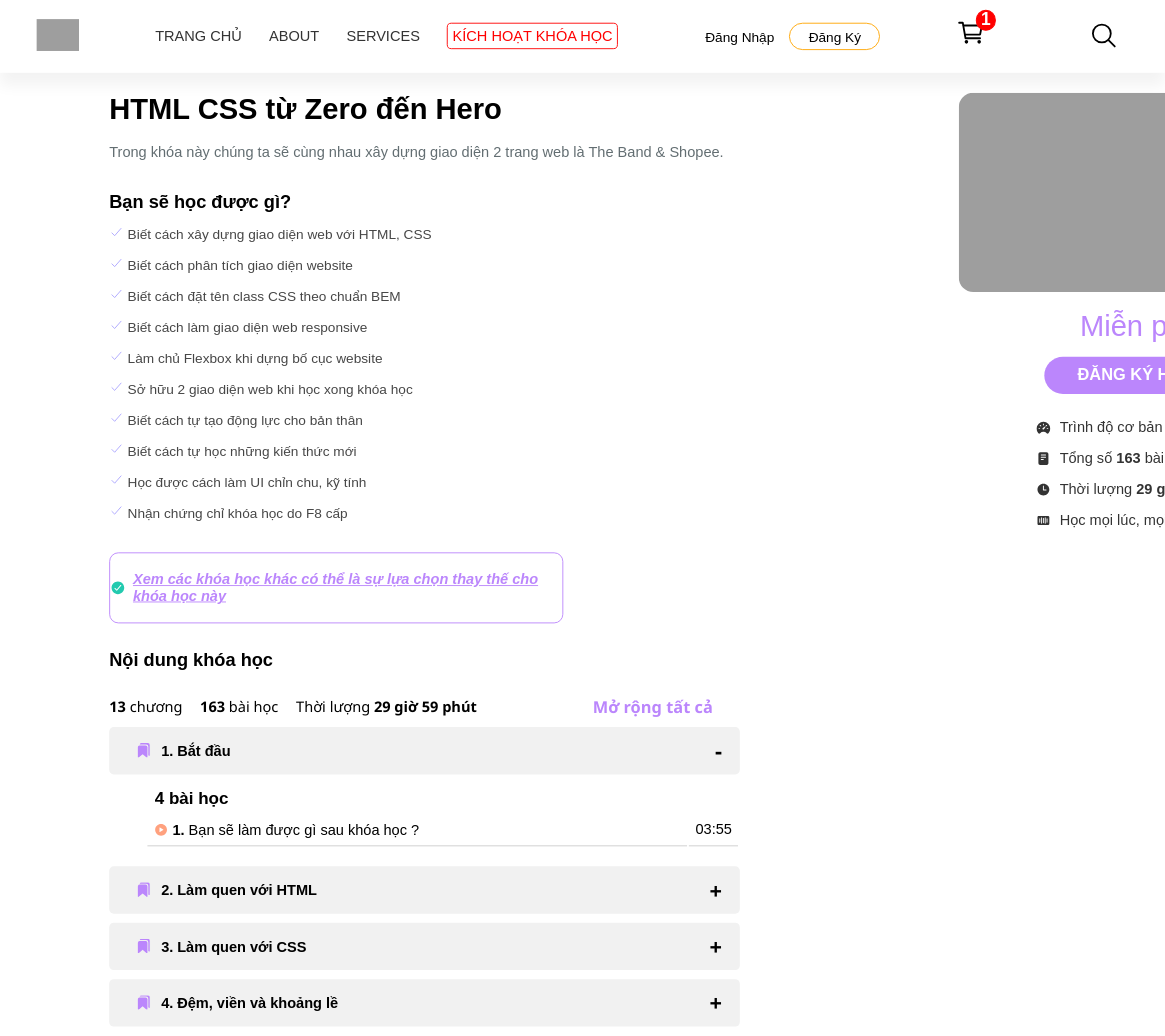
Repository: hoanghuuphuc/hoanghuuphuc
Page: details.html
The author's editor kept a copy of each file at every save. The page is drawn from the files as they stood at one save, then again after the next save.
The browser window is 1280 px wide. The pictures show the whole page, at 91% of full size.
Empty fields were first filled with sample values (such as "Sample", 5 or name@example.com).
After loading, the first visible `div.contentBx` was clicked once.
Pictures or frames that could not be fetched are drawn as grey boxes.

Above is the page before, as saved 2022-12-12 00:44:22.
Console error: TypeError: Cannot read properties of null (reading 'style')

After the next save:
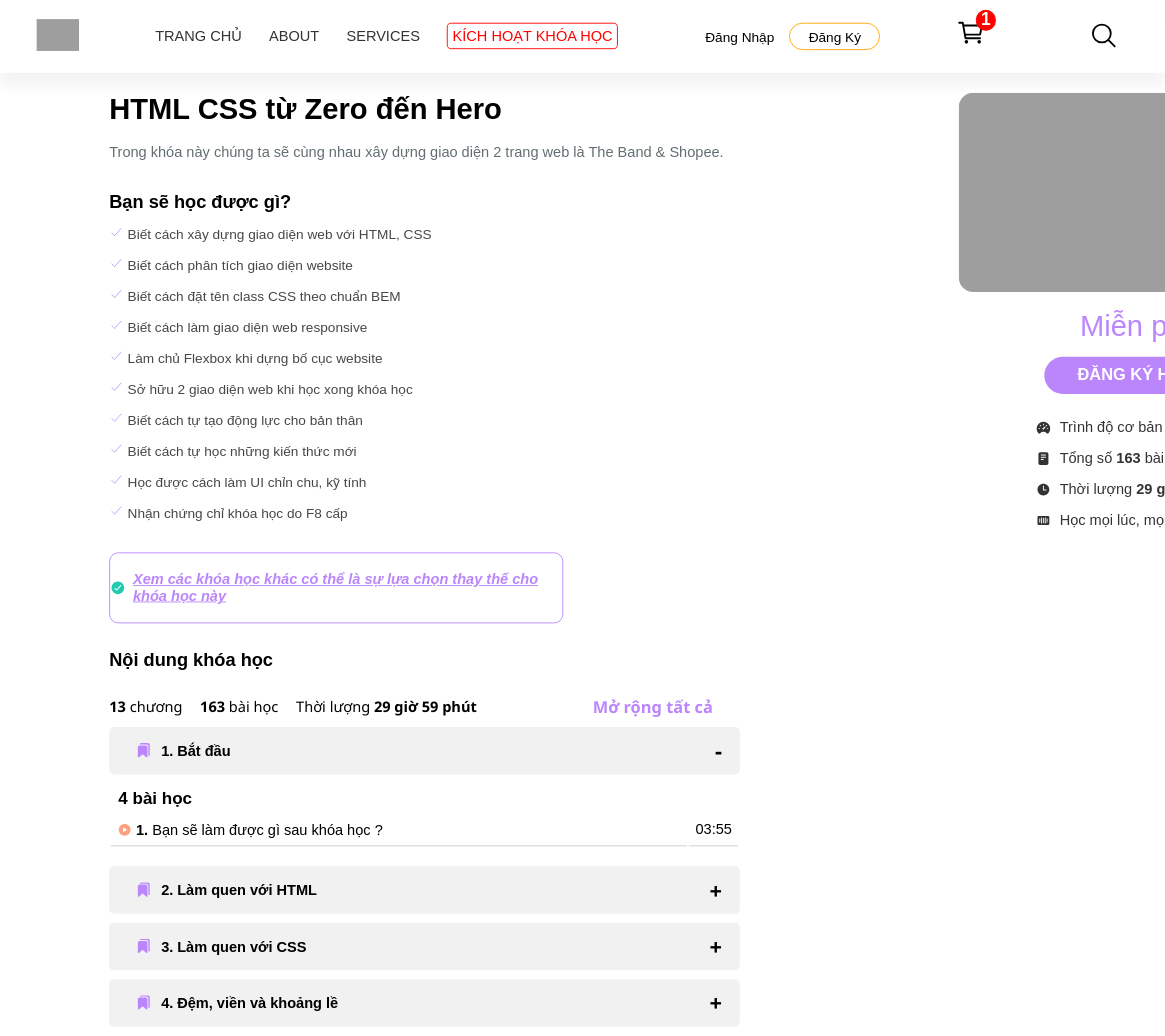
Saved 14 s later.
--- a/style.css
+++ b/style.css
@@ -796,11 +796,11 @@ footer {
   overflow: hidden;
   transition: 0.5s;
   overflow-y: auto;
+  padding-left: 20px;
 }
 .accordion .contentBx.active .accordion-content {
   height: auto;
   padding: 5px 0;
-  padding-left: 20px;
 }
 .accordion .contentBx.active .accordion-label::before {
   content: "-";
